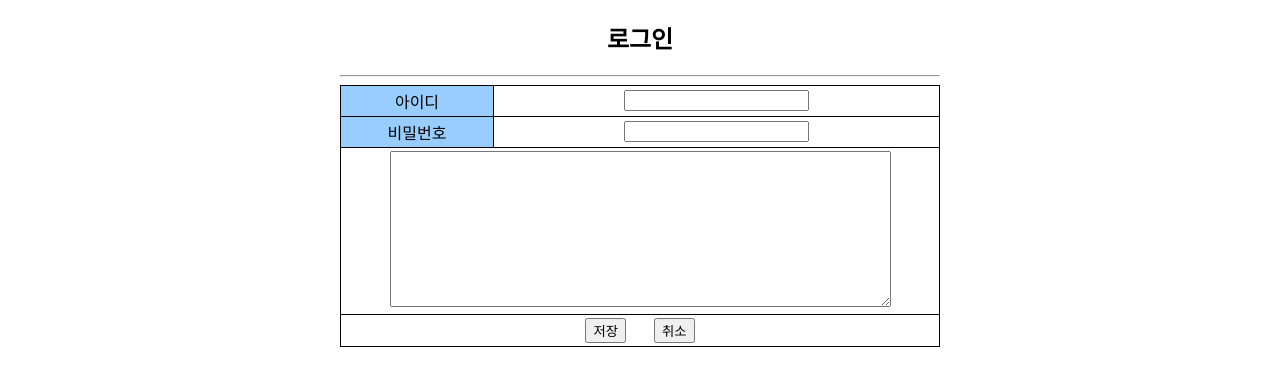
Repository: hagjun/jspstudy
Page: http://localhost/01_servlet/guestbook/login.jsp
An editor plug-in stored every save of this project. The page is shown before and after the next save, followed by the edit.
The browser window is 1280 px wide. The pictures show the whole page.
The page is served by Tomcat 9. Other server files are loaded and not shown.

Above is the page before, as saved 2024-03-08 02:59:27.

### 01_servlet/src/main/webapp/guestbook/login.jsp
<%@ page language="java" contentType="text/html; charset=UTF-8"
    pageEncoding="UTF-8"%>
<!DOCTYPE html>
<html>
<head>
<meta charset="UTF-8">
<title> 방 명 록 </title>
<script type="text/javascript">
	function save_go(f) {
		// 검사
		f.action = "/01_servlet/Guest";
		f.submit();
	}
</script>
<style type="text/css">
	a { text-decoration: none;}
	table{width: 600px; border-collapse:collapse; text-align: center;}
	table,th,td{border: 1px solid black; padding: 3px}
	div{width: 600px; margin:auto; text-align: center;}
</style>


</head>
<body>
	<div>
		<h2>로그인</h2>
		<hr />
		<form method="post">
			<table>
				<tr align="center">
					<td bgcolor="#99ccff">아이디</td>
					<td><input type="text" name="name" size ="20"/></td>
				</tr>
				<tr align="center">
					<td bgcolor="#99ccff">비밀번호</td>
					<td><input type="password" name="pwd" size ="20"/></td>
				</tr>
				<tr align="center">
					<td colspan="2">
						<textarea rows="10" cols="60" name="content"></textarea>
					</td>
				</tr>
				<tfoot>
					<tr align="center">
						<td colspan="2">
							<input type="hidden" name="cmd" value="write_ok">
							<input type="button" value="저장"   onclick="save_go(this.form)" />
							&nbsp;&nbsp;&nbsp;&nbsp;&nbsp;
							<input type="reset" value="취소" />
						</td>
					</tr>
				</tfoot>
			</table>
		</form>
	</div>
</body>
</html>

After the next save:
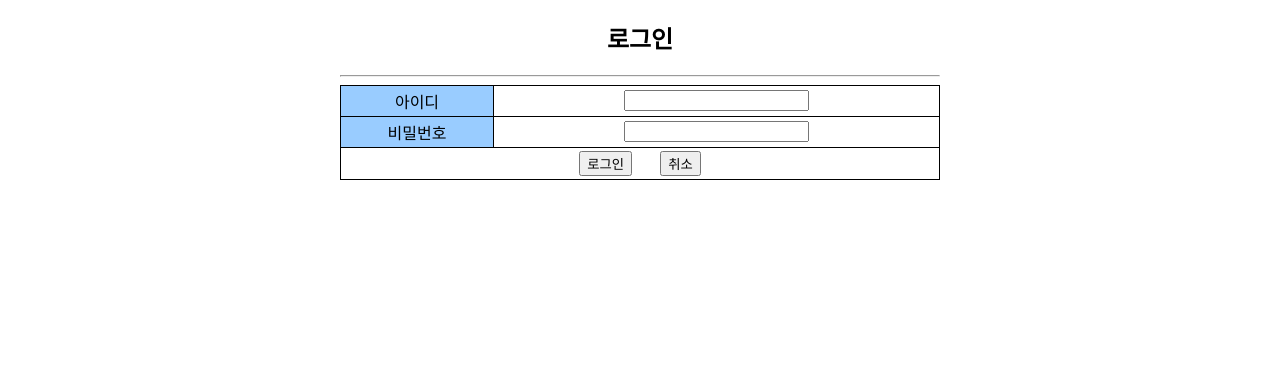
Saved 60 s later.
--- a/01_servlet/src/main/webapp/guestbook/login.jsp
+++ b/01_servlet/src/main/webapp/guestbook/login.jsp
@@ -6,9 +6,9 @@
 <meta charset="UTF-8">
 <title> 방 명 록 </title>
 <script type="text/javascript">
-	function save_go(f) {
+	function login_go(f) {
 		// 검사
-		f.action = "/01_servlet/Guest";
+		f.action = "/01_servlet/Member";
 		f.submit();
 	}
 </script>
@@ -35,16 +35,11 @@
 					<td bgcolor="#99ccff">비밀번호</td>
 					<td><input type="password" name="pwd" size ="20"/></td>
 				</tr>
-				<tr align="center">
-					<td colspan="2">
-						<textarea rows="10" cols="60" name="content"></textarea>
-					</td>
-				</tr>
 				<tfoot>
 					<tr align="center">
 						<td colspan="2">
-							<input type="hidden" name="cmd" value="write_ok">
-							<input type="button" value="저장"   onclick="save_go(this.form)" />
+							<input type="hidden" name="cmd" value="login">
+							<input type="button" value="로그인"   onclick="login_go(this.form)" />
 							&nbsp;&nbsp;&nbsp;&nbsp;&nbsp;
 							<input type="reset" value="취소" />
 						</td>
